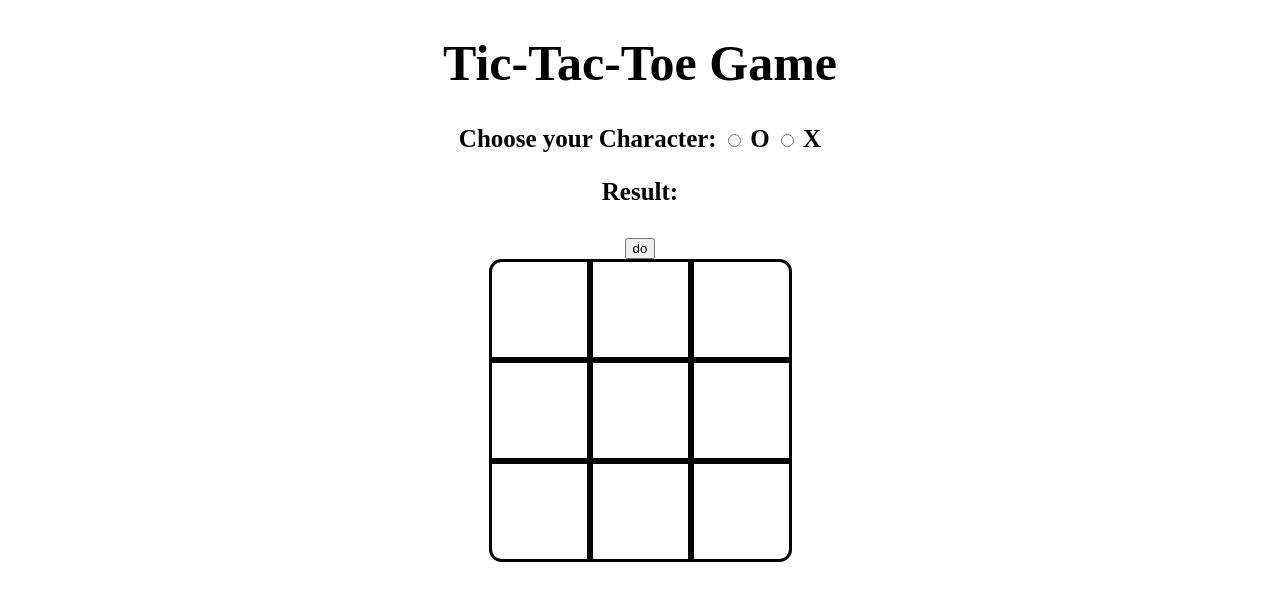
Repository: 0101chaitanya/Tic-Tac-Toe
Page: index.html
The author's editor kept a copy of each file at every save. The page is drawn from the files as they stood at one save, then again after the next save.
The browser window is 1280 px wide. The pictures show the whole page.

Above is the page before, as saved 2021-06-11 14:33:56.

### index.html
<!DOCTYPE html>
<html>

<head>
    <meta charset="utf-8">
    <title>Tic-Tac-Toe Game</title>
    <link rel="stylesheet" href="styles.css">
</head>

<body>

    <h1 id="heading">Tic-Tac-Toe Game</h1>
    <form>
        Choose your Character:
        <input value="O" name="radio" onclick="eventFun.setUser(this)" type="radio">
        <label for="O">O</label>
        <input value="X" name="radio" onclick="eventFun.setUser(this)" type="radio">
        <label for="X">X</label>

    </form>
    <div id="Output">
        <p>Result:</p>
    </div>
    <button id="do">do</button>
    <form id="gameSquare">
        <section id="row1">
            <div id="r1Column1"></div>
            <div id="rlColumn2"></div>
            <div id="rlColumn3"></div>
        </section>
        <section id="row2">
            <div id="r2Column1"></div>
            <div id="r2Column2"></div>
            <div id="r2Column3"></div>
        </section>
        <section id="row3">
            <div id="r3Column1"></div>
            <div id="r3Column2"></div>
            <div id="r3Column3"></div>
        </section>
    </form>
</body>
<script type="text/javascript" src="script.js"></script>

</html>

### styles.css
:root {
    text-align: center;
    font-weight: bold;
}

@media screen and (max-width: 400px) {
     :root {
        font-size: 14px;
    }
}

@media screen and (min-width: 401px) and (max-width: 700px) {
     :root {
        font-size: 18px;
    }
}

@media screen and (min-width: 701px) {
     :root {
        font-size: 25px;
    }
}

label>input {
    color: red;
    border: 1px solid;
}

#gameSquare {
    width: min-content;
    height: min-content;
    display: block;
    margin: auto;
}

#gameSquare>section:nth-child(n) {
    /* border-style: solid;
     */
    width: min-content;
    height: min-content;
    display: flex;
    justify-content: center;
    align-items: center;
}

#gameSquare>section:nth-child(n)>div:nth-child(n) {
    display: block;
    margin: auto;
    width: 3.8rem;
    height: 3.8rem;
    border-style: solid;
    border-width: 0.15rem;
}

#gameSquare>section:nth-child(1)>div:nth-child(1) {
    border-top-left-radius: 0.5rem;
}

#gameSquare>section:nth-child(1)>div:nth-child(3) {
    border-top-right-radius: 0.5rem;
}

#gameSquare>section:nth-child(3)>div:nth-child(1) {
    border-bottom-left-radius: 0.5rem;
}

#gameSquare>section:nth-child(3)>div:nth-child(3) {
    border-bottom-right-radius: 0.5rem;
}

### script.js
'use strict';
let eventFun = (function () {
    let user1Selection, user2Selection, runningCharacter;
    function setUser(given) {
        //console.log(given.value);
        localStorage.setItem('user1Selection', given.value);
        document.querySelector(`form`).submit();
    }
    user1Selection = localStorage.getItem('user1Selection');
    user2Selection = (user1Selection != null) ? ((user1Selection === 'X') ? 'O' : 'X') : null;
    runningCharacter = user1Selection;
    let array = Array.from(document.getElementById('gameSquare').querySelectorAll('div'));
    function switchRunChar() {

        runningCharacter = (runningCharacter === "O") ? "X" : "O";
    }
    let i;
    function text(i) {
        return array[i].textContent;
    }
    // console.log(text(2));
    let x = 0;
    let result;
    function checkWin() {

        while (x < 9) {
            if (text(0 + x) != "" && text(0 + x) == text(1 + x) && text(1 + x) == text(2 + x))
                result = (text(0 + x));
            showResult(result);
            x += 3;
        }
        x = 0;

        while (x < 3) {
            if (text(0 + x) != "" && text(0 + x) == text(3 + x) && text(3 + x) == text(6 + x))
                result = (text(0 + x));
            showResult(result);
            x += 1;
        }
        x = 0;

        if (text(0 + x) != "" && text(0 + x) == text(4 + x) && text(4 + x) == text(8 + x))
            result = (text(0 + x));
        showResult(result);
        x = 2;

        if (text(0 + x) != "" && text(0 + x) == text(2 + x) && text(2 + x) == text(4 + x))
            result = (text(0 + x));
        showResult(result);
        x = 0;
    }
    function showResult(result) {
        if (user1Selection === result) {
            alert(`Player 1 Won`);
        }
        else alert(`Player 2 won`);
    }




    let setOutput = function (e, index) {
        e.target.textContent = runningCharacter;
        e.target.removeEventListener('click', e => setOutput(e));
        switchRunChar();
        checkWin();
    };

    array.forEach((item, index) => {
        item.textContent = "";
        item.addEventListener('click', e => setOutput(e, index), { once: true });
        //   console.log(index);
    });

    return { text, user2Selection, array, setOutput, setUser, checkWin };
})();
//eventFun.text(2);
//console.log();eventFun.text(2)

After the next save:
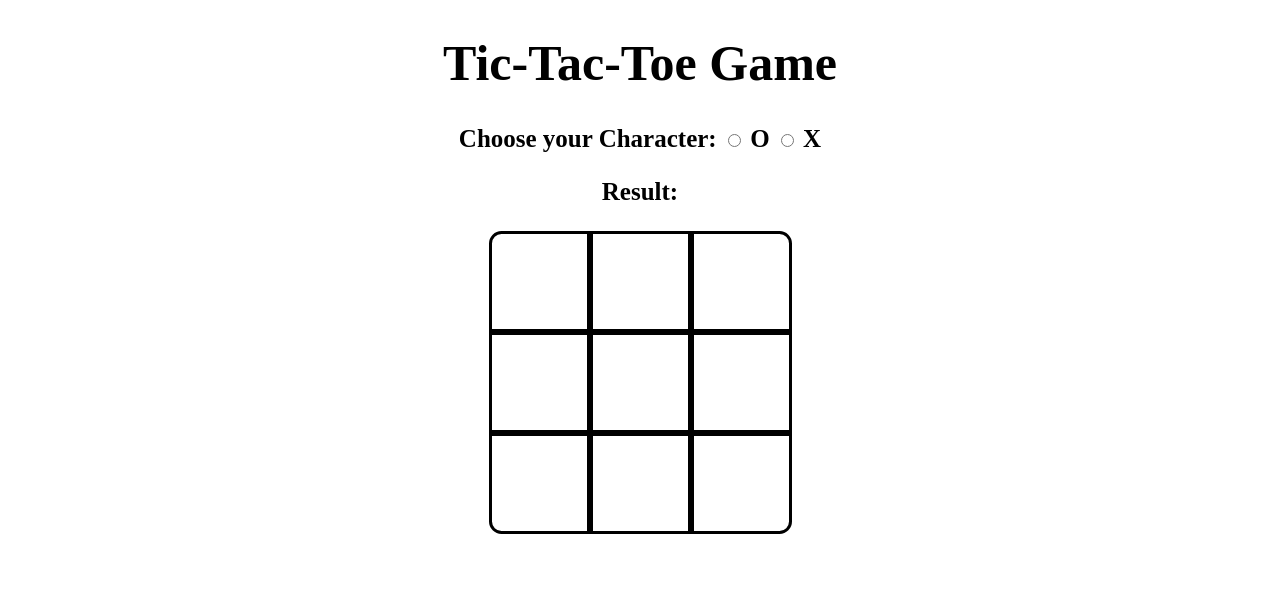
Saved 25 s later.
--- a/index.html
+++ b/index.html
@@ -21,7 +21,6 @@
     <div id="Output">
         <p>Result:</p>
     </div>
-    <button id="do">do</button>
     <form id="gameSquare">
         <section id="row1">
             <div id="r1Column1"></div>
